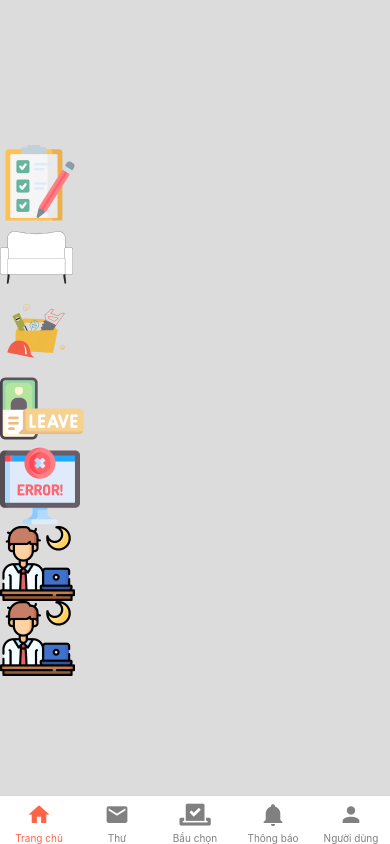
Repository: diepdung02/AppPTC
Page: /Home
The author's editor kept a copy of each file at every save. The page is drawn from the files as they stood at one save, then again after a run of saves.
The browser window is 390 px wide. The pictures show the whole page.
The page's requests for data from a server got no answer. The app was drawn by React Native's web renderer in a window 390 px wide. The project was rebuilt for these pictures with package versions that can differ from the ones it lists, and the page was loaded fresh each time. No one was signed in, and anything a server would have sent is missing. Also part of the build but not shown: screen/home/MailScreen.tsx, screen/home/NotificationScreen.tsx, screen/home/UserScreen.tsx, screen/home/VoteScreen.tsx. Imported but missing from the stored project, and not drawn on this page: assets.

Above is the page before, as saved 2024-06-30 15:16:17.

### App.tsx
// App.tsx

import React from 'react';
import { NavigationContainer } from '@react-navigation/native';
import { createStackNavigator } from '@react-navigation/stack';
import { LoginScreen, HomeScreen, NotificationScreen, UserScreen, MailScreen, VoteScreen } from './screen/index';
import { createBottomTabNavigator } from '@react-navigation/bottom-tabs';
import { MaterialCommunityIcons, FontAwesome5 } from '@expo/vector-icons'; // Sử dụng MaterialCommunityIcons từ expo/vector-icons

const Stack = createStackNavigator();
const Tab = createBottomTabNavigator();

const HomeTabNavigator: React.FC = () => {
  return (
    <Tab.Navigator
      initialRouteName="HomeTab"
      screenOptions={{
        tabBarActiveTintColor: 'tomato',
        tabBarInactiveTintColor: 'gray',
        tabBarStyle: { display: 'flex' },
      }}
    >
      <Tab.Screen
        name="HomeTab"
        component={HomeScreen}
        options={{
          headerShown: false,
          tabBarLabel: 'Trang chủ',
          tabBarIcon: ({ color, size }) => (
            <MaterialCommunityIcons name="home" color={color} size={size} />
          ),
        }}
      />

      <Tab.Screen
        name="Mail"
        component={MailScreen}
        options={{
          headerShown: false,
          tabBarLabel: 'Thư',
          tabBarIcon: ({ color, size }) => (
            <MaterialCommunityIcons name="email" color={color} size={size} />
          ),
        }}
      />

      <Tab.Screen
        name="Vote"
        component={VoteScreen}
        options={{
          headerShown: false,
          tabBarLabel: 'Bầu chọn',
          tabBarIcon: ({ color, size }) => (
            <FontAwesome5 name="vote-yea" color={color} size={size} />
          ),
        }}
      />

      <Tab.Screen
        name="Notifications"
        component={NotificationScreen}
        options={{
          headerShown: false,
          tabBarLabel: 'Thông báo',
          tabBarIcon: ({ color, size }) => (
            <MaterialCommunityIcons name="bell" color={color} size={size} />
          ),
        }}
      />
      <Tab.Screen
        name="User"
        component={UserScreen}
        options={{
          headerShown: false,
          tabBarLabel: 'Người dùng',
          tabBarIcon: ({ color, size }) => (
            <MaterialCommunityIcons name="account" color={color} size={size} />
          ),
        }}
      />
    </Tab.Navigator>
  );
}

const App: React.FC = () => {
  return (
    <NavigationContainer>
      <Stack.Navigator initialRouteName="Login">
        <Stack.Screen name="Login" component={LoginScreen} options={{ headerShown: false }} />
        <Stack.Screen name="Home" component={HomeTabNavigator} options={{ headerShown: false }} />
      </Stack.Navigator>
    </NavigationContainer>
  );
};

export default App;

### screen/index.tsx
import LoginScreen from './auth/LoginScreen';
import HomeScreen from './home/HomeScreen';
// screen/index.tsx

export { default as MailScreen } from './home/MailScreen';
export { default as NotificationScreen } from './home/NotificationScreen';
export { default as UserScreen } from './home/UserScreen';
export { default as VoteScreen } from './home/VoteScreen';


export{
    LoginScreen,
    HomeScreen,

}

### screen/auth/LoginScreen.tsx
// LoginScreen.tsx
import React, { useState, useEffect } from 'react';
import { View, TextInput, StyleSheet, TouchableOpacity, Text, Image } from 'react-native';
import { FontAwesome, MaterialIcons } from '@expo/vector-icons';
import { Formik } from 'formik';
import * as Yup from 'yup';
import AsyncStorage from '@react-native-async-storage/async-storage';
import COLORS from '../../constants/Color';
import { login, ApiResponse } from '../../API'; // Import API functions

type LoginProps = {
  navigation: any;
};

type FormValues = {
  username: string;
  password: string;
};

const LoginScreen: React.FC<LoginProps> = ({ navigation }) => {
  const [hidePassword, setHidePassword] = useState<boolean>(true);
  const [rememberPassword, setRememberPassword] = useState<boolean>(false);

  useEffect(() => {
    const checkRememberPassword = async () => {
      try {
        const savedPassword = await AsyncStorage.getItem('password');
        if (savedPassword) {
          setRememberPassword(true);
        }
      } catch (error) {
        console.error('Error reading password from AsyncStorage:', error);
      }
    };
    checkRememberPassword();
  }, []);

  const togglePasswordVisibility = () => {
    setHidePassword(!hidePassword);
  };

  const handleLogin = async (values: FormValues) => {
    try {
      const { username, password } = values;
      const response: ApiResponse<any> = await login({ username, password });
      if (response.success) {
        // Xử lý khi đăng nhập thành công
        alert('Đăng nhập thành công!');
        navigation.navigate('Home');
      } else {
        // Xử lý khi đăng nhập thất bại
        alert('Đăng nhập thất bại! ' + response.error);
      }
    } catch (error) {
      console.error('Error logging in:', error);
      alert('Đăng nhập thất bại! Vui lòng thử lại.');
    }
  };

  const validationSchema = Yup.object({
    username: Yup.string().required('Chưa nhập tên đăng nhập'),
    password: Yup.string().required('Chưa nhập mật khẩu'),
  });

  return (
    <Formik
      initialValues={{
        username: '',
        password: '',
      }}
      validationSchema={validationSchema}
      onSubmit={(values) => handleLogin(values)}
    >
      {({ values, touched, errors, handleChange, handleSubmit, handleBlur }) => (
        <View style={styles.container}>
          <Image source={require('../../assets/logo.png')} style={styles.logo} />
          <View style={styles.inputContainer}>
            <FontAwesome name="user" size={20} color="black" />
            <TextInput
              style={styles.textInput}
              placeholder="Username"
              value={values.username}
              onChangeText={handleChange('username')}
              onBlur={handleBlur('username')}
            />
          </View>
          {touched.username && errors.username && (
            <Text style={styles.errorText}>{errors.username}</Text>
          )}

          <View style={styles.inputContainer}>
            <FontAwesome name="lock" size={20} color="black" />
            <TextInput
              style={styles.textInput}
              placeholder="Password"
              secureTextEntry={hidePassword}
              value={values.password}
              onChangeText={handleChange('password')}
              onBlur={handleBlur('password')}
            />
            <TouchableOpacity onPress={togglePasswordVisibility}>
              <MaterialIcons
                name={hidePassword ? 'visibility-off' : 'visibility'}
                size={20}
                color="black"
              />
            </TouchableOpacity>
          </View>
          {touched.password && errors.password && (
            <Text style={styles.errorText}>{errors.password}</Text>
          )}

          <TouchableOpacity style={styles.loginButton} onPress={handleSubmit as any}>
            <Text style={styles.buttonText}>Login</Text>
          </TouchableOpacity>
          <TouchableOpacity onPress={() => navigation.navigate('ForgotPassword')}>
            <Text style={styles.forgotPasswordText}>Forgot Password?</Text>
          </TouchableOpacity>
        </View>
      )}
    </Formik>
  );
};

const styles = StyleSheet.create({
  container: {
    flex: 1,
    backgroundColor: COLORS.colorMain,
    alignItems: 'center',
    justifyContent: 'center',
  },
  logo: {
    width: 150,
    height: 150,
    marginBottom: 50,
  },
  inputContainer: {
    flexDirection: 'row',
    alignItems: 'center',
    backgroundColor: '#FFFFFF',
    borderRadius: 5,
    width: '80%',
    marginBottom: 20,
    padding: 10,
  },
  textInput: {
    flex: 1,
    marginLeft: 10,
  },
  loginButton: {
    backgroundColor: COLORS.blue,
    width: '80%',
    padding: 15,
    borderRadius: 5,
    alignItems: 'center',
  },
  buttonText: {
    color: 'white',
    fontSize: 16,
  },
  forgotPasswordText: {
    color: '#005A8C',
    marginTop: 20,
  },
  errorText: {
    color: 'red',
    fontSize: 12,
    marginBottom: 20,
  },
});

export default LoginScreen;

### screen/home/HomeScreen.tsx
import React, { useEffect, useState } from 'react';
import { View, Text, Image, StyleSheet, SafeAreaView,FlatList } from 'react-native';
import COLORS from '../../constants/Color';
import { ApiResponse, fetchUser } from '../../API'; // Điều chỉnh đường dẫn để phù hợp với cấu trúc tệp của bạn

const HomeScreen: React.FC = () => {
  const [userData, setUserData] = useState<any>({});

  useEffect(() => {
    const fetchUserData = async () => {
      const userId = '1'; // Thay thế với userId thực tế hoặc lấy động
      const response: ApiResponse<any> = await fetchUser(userId);
      if (response.success) {
        setUserData(response.data); // Giả định API trả về một đối tượng có các thuộc tính 'name' và 'dept'
      } else {
        console.error('Lỗi khi lấy dữ liệu người dùng:', response.error);
      }
    };

    fetchUserData();
  }, []);

  return (
    <SafeAreaView style={styles.container}>
      <View style={styles.inforContainer}>
        <Image source={{ uri: userData.avatar }} style={styles.avatar} />
        <View style={styles.txtInfor}>
          <Text style={styles.txtName}>{userData.name}</Text>
          <Text style={styles.txtDept}>{userData.dept}</Text>
        </View>
      </View>
      <View>
        <Image source={require('../../assets/check .png')}/>
        <Image source={require('../../assets/Product.png')}/>
        <Image source={require('../../assets/Output.png')}/>
        <Image source={require('../../assets/leave 1.png')}/>
        <Image source={require('../../assets/Error.png')}/>
        <Image source={require('../../assets/')}/>
        <Image source={require('../../assets/ot request.png')}/>
        <Image source={require('../../assets/ot request.png')}/>
      </View>
    </SafeAreaView>
  );
};

const styles = StyleSheet.create({
  container:{
    flex:1,
    backgroundColor:COLORS.colorMain,
  },
  avatar:{
    width:75,
    height:75,
    marginTop:70,
    marginLeft:20,
  },
  inforContainer:{
    flexDirection:"row",
    alignItems:"center"
  },
  txtInfor:{
    marginTop:70,
    paddingLeft:10,
  },
  txtName:{
    fontSize:20
  },
  txtDept:{
    fontSize:18
  }
});

export default HomeScreen;

### constants/Color.tsx
const COLORS = {
    colorMain:"#DCDCDC",
    blue: "#09648C"

  };
  export default COLORS;

### API.ts
// api.ts
export interface ApiResponse<T> {
  success: boolean;
  data?: T;
  error?: string;
}

export const fetchData = async (): Promise<ApiResponse<any>> => {
  try {
    const response = await fetch('https://668100b656c2c76b495d38a8.mockapi.io/PTC');
    if (!response.ok) {
      throw new Error('Network response was not ok');
    }
    const data = await response.json();
    return { success: true, data };
  } catch (error) {
    console.error('Error fetching data:', error);
    return { success: false, error: 'Error fetching data' };
  }
};

export interface LoginRequest {
  username: string;
  password: string;
}

export const login = async ({ username, password }: LoginRequest): Promise<ApiResponse<any>> => {
  try {
    const response = await fetch('https://668100b656c2c76b495d38a8.mockapi.io/PTC', {
      method: 'POST',
      headers: {
        'Content-Type': 'application/json',
      },
      body: JSON.stringify({ username, password }),
    });
    if (!response.ok) {
      throw new Error('Network response was not ok');
    }
    const data = await response.json();
    return { success: true, data };
  } catch (error) {
    console.error('Error logging in:', error);
    return { success: false, error: 'Error logging in' };
  }
};

export interface User {
  id: string;
  name: string;
  avatar: string;
  dept: string;
}

export const fetchUser = async (userId: string): Promise<ApiResponse<User>> => {
  try {
    const response = await fetch(`https://668100b656c2c76b495d38a8.mockapi.io/PTC/${userId}`);
    if (!response.ok) {
      throw new Error('Network response was not ok');
    }
    const data = await response.json();
    return { success: true, data };
  } catch (error) {
    console.error('Error fetching user data:', error);
    return { success: false, error: 'Error fetching user data' };
  }
};

After the next 5 saves:
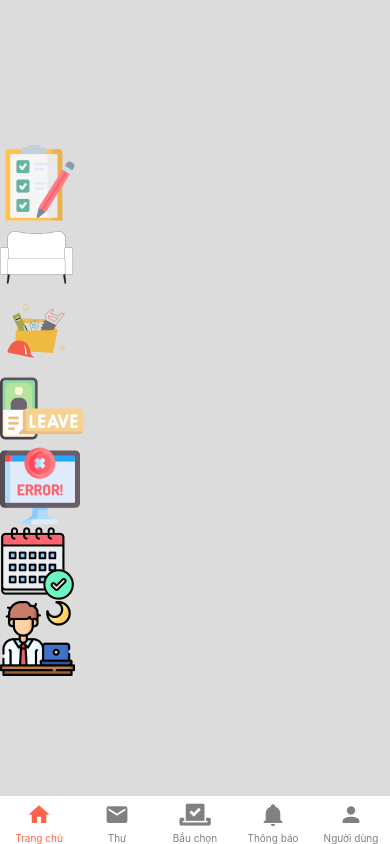
The 5 saves are shown as one change because they came seconds apart.
The last was saved 21 s later.
--- a/screen/home/HomeScreen.tsx
+++ b/screen/home/HomeScreen.tsx
@@ -35,8 +35,8 @@ const HomeScreen: React.FC = () => {
         <Image source={require('../../assets/Output.png')}/>
         <Image source={require('../../assets/leave 1.png')}/>
         <Image source={require('../../assets/Error.png')}/>
+        <Image source={require('../../assets/Group 23.png')}/>
         <Image source={require('../../assets/')}/>
-        <Image source={require('../../assets/ot request.png')}/>
         <Image source={require('../../assets/ot request.png')}/>
       </View>
     </SafeAreaView>
